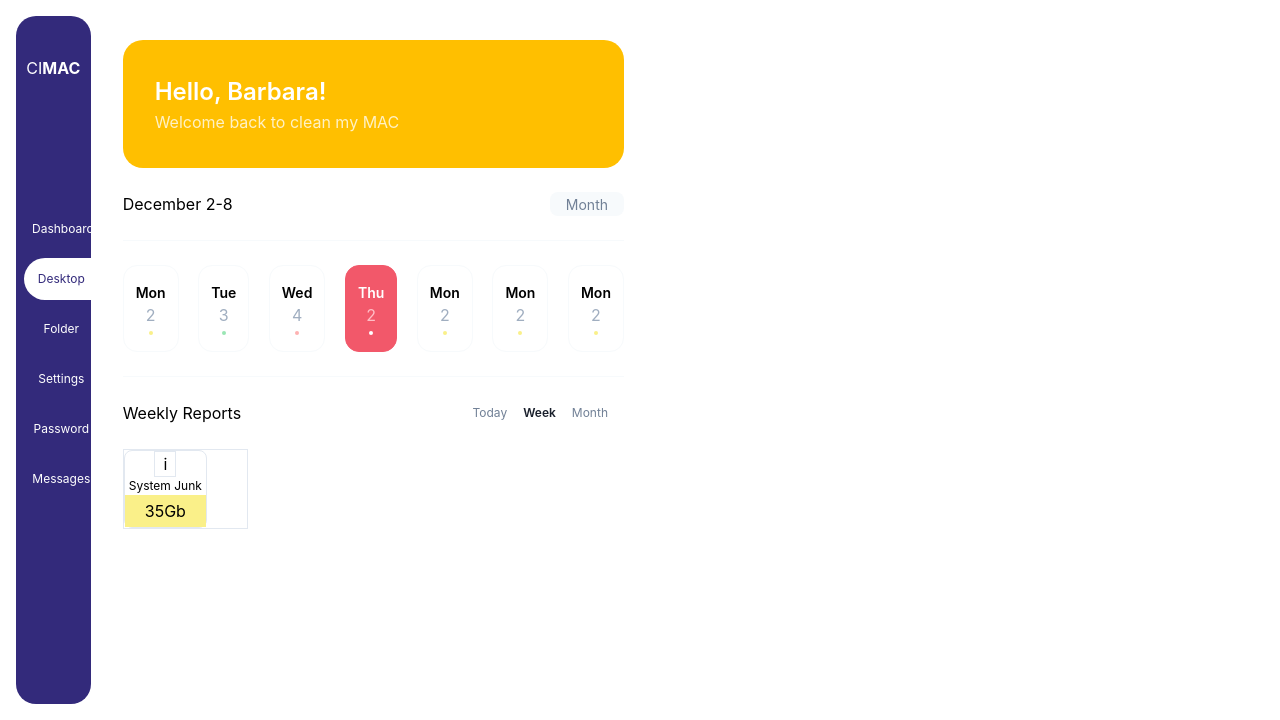
Repository: charleyvibez/experiment-Utility-software-UI
Page: index.html
These files come from the project's save history. The page is drawn as it stood at one moment and after a run of saves; the edit follows.
The browser window is 1280 px wide. The pictures show the whole page.

Above is the page before, as saved 2020-03-18 00:46:42.

After the next 4 saves:
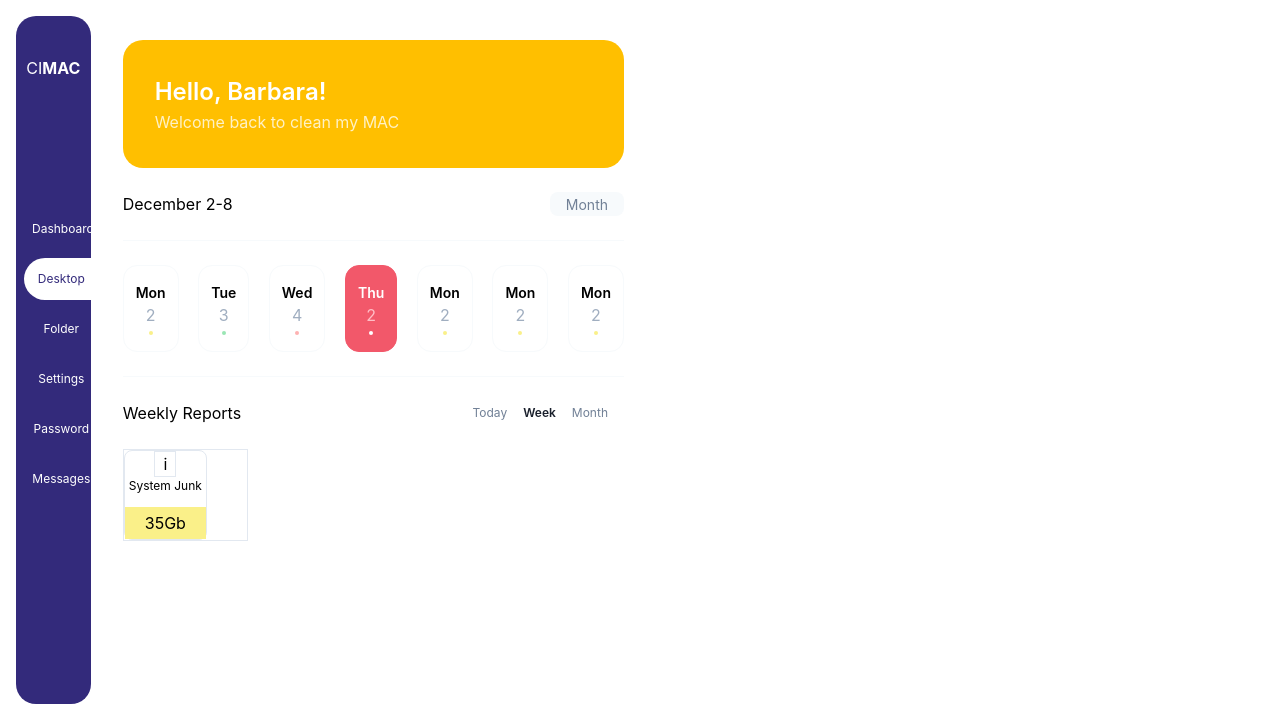
The 4 saves are shown as one change because they came seconds apart.
The last was saved 11 s later.
--- a/index.html
+++ b/index.html
@@ -101,7 +101,7 @@
              <span class="junk-icon inline-block px-2 border">
               i
             </span>
-            <h6 class="text-xs">System Junk</h6>
+            <h6 class="text-xs  mb-3">System Junk</h6>
             <span class="inline-block bg-yellow-300 px-5 py-1">35Gb</span>
            </div>
           </div>
